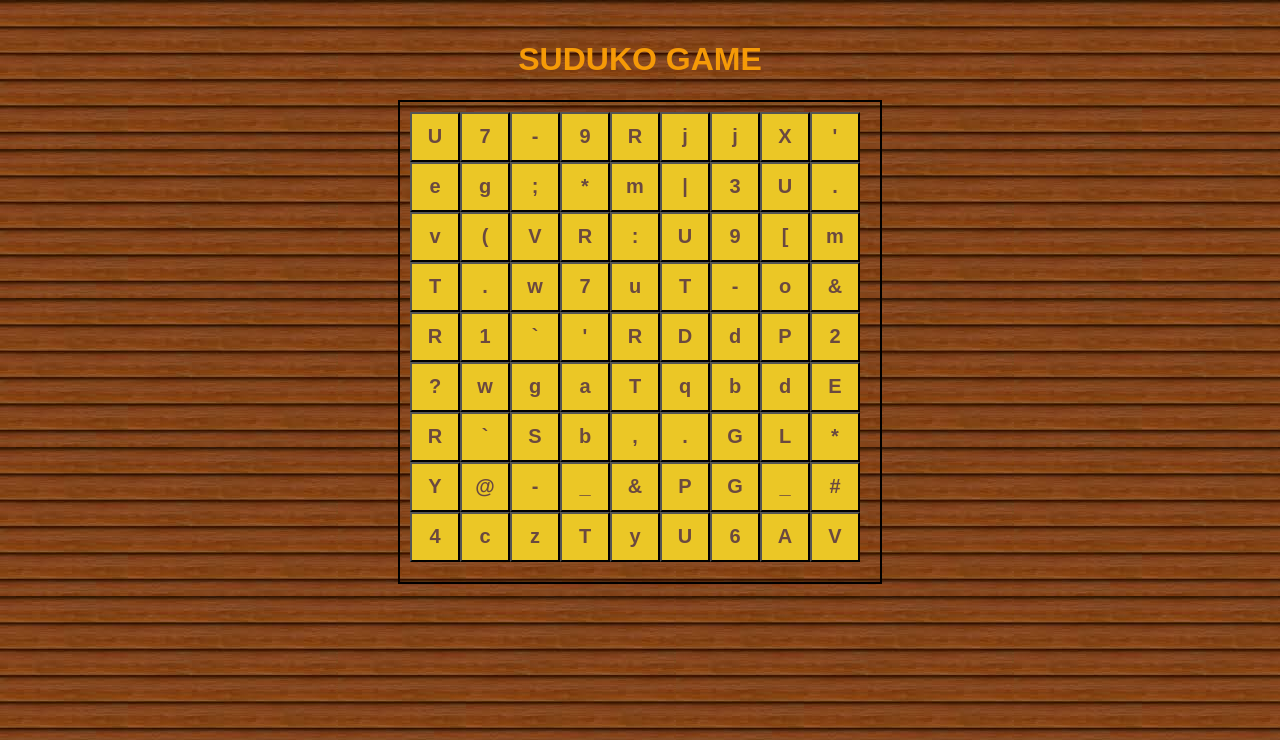
Repository: ahmad8969/Suduko-Game-React-App
Page: /
The author's editor kept a copy of each file at every save. The page is drawn from the files as they stood at one save, then again after the next save.
The browser window is 1280 px wide. The pictures show the whole page.
Some web fonts or font styles are not loaded; a fallback is used. The project was rebuilt for these pictures with package versions that can differ from the ones it lists, and the page was loaded fresh each time.

Above is the page before, as saved 2021-03-11 15:19:57.

### src/index.js
import React from 'react';
import ReactDOM from 'react-dom';
import './index.css';
import Board from './board';
import reportWebVitals from './reportWebVitals';

ReactDOM.render(
  <React.StrictMode>
    <Board />
  </React.StrictMode>,
  document.getElementById('root')
);



// If you want to start measuring performance in your app, pass a function
// to log results (for example: reportWebVitals(console.log))
// or send to an analytics endpoint. Learn more: https://bit.ly/CRA-vitals
reportWebVitals();

### src/board.js
import React, { useState}  from 'react';   //{useState}
import './App.css';
import Block from './components/block'
import NineBlock from './components/nineBlockComponent';

// function useForceUpdate(){
//   const [counter,setCounter]= useState(0);
//   return setCounter(counter+1);


// }
function Board () {
  const xAxis_Selection_Array=   [];
  const yAxis_Selection_Array=   [];
  const DiagonalSelectionUpward_Selection_Array= [];
  const DiagonalSelectionUpwardLeftUp_selection_Array= [];
  const DiagonalSelectionDownward_selection_Array= [];
  const DiagonalSelectionDownwardLeftDown_selection_Array= [];
  const complete_blocks_Array = [];

  const nine_block_Element_into_Nine = [0,1,2,3,4,5,6,7,8];
  const single_block_Into_Nine = [0,1,2,3,4,5,6,7,8];
  const [getting_current_id, setGetting_current_id]=useState();
  const [Iid, setIid]=useState();
  const [Jid, setJid]=useState();
  const [isClicked,  setIsClicked]= useState(false);
  const [count,setCount]= useState(0);




  const Click = (idOfSpecificButton,i,j,click) =>{

    setGetting_current_id(idOfSpecificButton);
    setIid(i);
    setJid(j);
    setIsClicked(!click);
    setCount(count+1);
    console.log(Iid,Jid,getting_current_id);
  }

  const XaxisSelection = (i)=>{
    for(let xAxis= 0; xAxis<=8; xAxis++){
      let creatId= `${i}${xAxis}`;
      document.getElementById(creatId).style.backgroundColor="indigo";
      xAxis_Selection_Array.push(creatId);
    }
  }

  const YaxisSelection = (i)=> {
    for(let xAxis1= 0; xAxis1<=8; xAxis1++){
      let creatId=  `${xAxis1}${i}`;
      document.getElementById(creatId).style.backgroundColor="indigo";

      yAxis_Selection_Array.push(creatId);
    }
  }

  const DiagonalSelectionUpward = (selectedId)=>{
  let array_of_length= nine_block_Element_into_Nine.length;
  console.log(array_of_length);
  console.log(typeof(array_of_length));
  let get_the_id_of_current_box= parseInt(selectedId);
  console.log(get_the_id_of_current_box);
    for(let hello=get_the_id_of_current_box; hello>=0; hello-=array_of_length){
      if(hello<=9){
        if(hello===9){
          return;
        }else{
        var concatination = 0+`${hello}`;
        document.getElementById(concatination).style.backgroundColor="indigo";
        DiagonalSelectionUpward_Selection_Array.push(concatination);

      }
      } else if(hello===19 || hello===29 || hello===39 || hello===49 || hello===59 || hello===69 || hello===79){
        return;
      }
      else{
        document.getElementById(`${hello}`).style.backgroundColor="indigo";
        DiagonalSelectionUpward_Selection_Array.push(`${hello}`);

      }

    }
  }
        const DiagonalSelectionUpwardLeftUp = (selectedId)=>{
          let array_of_length= 2 + nine_block_Element_into_Nine.length;
          console.log(array_of_length);
          console.log(typeof(array_of_length));
          let get_the_id_of_current_box= parseInt(selectedId);
          console.log(get_the_id_of_current_box);
            for(let hello=get_the_id_of_current_box; hello>=0; hello-=array_of_length){
              if(hello<=9){
                var concatination = 0+`${hello}`;
                document.getElementById(concatination).style.backgroundColor="indigo";
                DiagonalSelectionUpwardLeftUp_selection_Array.push(concatination);
                return;

              } else if( hello===9 || hello===19 || hello===29 || hello===39 || hello===49 || hello===59 || hello===69 || hello===79){
                return;
              }
              else{
                document.getElementById(`${hello}`).style.backgroundColor="indigo";
                DiagonalSelectionUpwardLeftUp_selection_Array.push(`${hello}`);
              }
              console.log(DiagonalSelectionUpwardLeftUp_selection_Array);
            }

          }


        const DiagonalSelectionDownward= (selectedId)=>{
          let array_of_length= nine_block_Element_into_Nine.length;
          console.log(array_of_length);
          console.log(typeof(array_of_length));
          let get_the_id_of_current_box= parseInt(selectedId);
          console.log(get_the_id_of_current_box);
    for(let hello=get_the_id_of_current_box; hello<=88; hello+=array_of_length){
      if(hello===0){
        return;
      }
      else if(hello<=9){
        var concatination = 0+`${hello}`;
        document.getElementById(concatination).style.backgroundColor="indigo";
        DiagonalSelectionDownward_selection_Array.push(concatination);
      } else if(hello===19 || hello===29 || hello===39 || hello===49 || hello===59 || hello===69 || hello===79){
        return;
      }
      else{
        document.getElementById(`${hello}`).style.backgroundColor="indigo";
        DiagonalSelectionDownward_selection_Array.push(`${hello}`);
      }


    }console.log(DiagonalSelectionDownward_selection_Array)
        }
        const DiagonalSelectionDownwardLeftDown= (selectedId)=>{
          let array_of_length= 2 +  nine_block_Element_into_Nine.length;
  console.log(array_of_length);
  console.log(typeof(array_of_length));
  let get_the_id_of_current_box= parseInt(selectedId);
  console.log(get_the_id_of_current_box);
    for(let hello=get_the_id_of_current_box; hello<=88; hello+=array_of_length){
      if(hello === 0){
        return;
      }
      else if(hello<=9){
        var concatination = 0+`${hello}`;
        document.getElementById(concatination).style.backgroundColor="indigo";
        DiagonalSelectionDownwardLeftDown_selection_Array.push(concatination);
      } else if( hello===19 || hello===29 || hello===39 || hello===49 || hello===59 || hello===69 || hello===79){
        return;
      }
      else{
        document.getElementById(`${hello}`).style.backgroundColor="indigo";
        DiagonalSelectionDownwardLeftDown_selection_Array.push(`${hello}`);
      }

    }console.log(DiagonalSelectionDownwardLeftDown_selection_Array);
        }
        // const gettingRandomNumber = () => {
        //   let random = Math.floor(Math.random() * (65 - 90)) + 90;
        //   let character = String.fromCharCode(random);
        //   return character;
        // }

        const creatingReadOnlyBlock = () => {
          nine_block_Element_into_Nine.map((val)=>{
          return  single_block_Into_Nine.map((valu)=>{
              let valueOfId= `${val}${valu}`;
              return complete_blocks_Array.push(valueOfId);
            });
          })
        }
        const filter_two_arrays= ()=> {
          const complete_selection_array = [...xAxis_Selection_Array,
            ...yAxis_Selection_Array,
            ...DiagonalSelectionUpward_Selection_Array,
            ...DiagonalSelectionUpwardLeftUp_selection_Array,
            ...DiagonalSelectionDownward_selection_Array,
            ...DiagonalSelectionDownwardLeftDown_selection_Array
          ];
            let filteredId = complete_blocks_Array.filter((id) => !complete_selection_array.includes(id));
            filteredId.map((id) => {
              return (document.getElementById(id).disabled = true);
            });
        }

        const changeStateHandler = (getting_current_id,Iid,Jid) => {
          document.getElementById(getting_current_id).style.color="green";
          XaxisSelection(Iid);
          YaxisSelection(Jid);
          DiagonalSelectionUpward(getting_current_id);
          DiagonalSelectionDownward(getting_current_id);
          DiagonalSelectionDownwardLeftDown(getting_current_id);
          DiagonalSelectionUpwardLeftUp(getting_current_id);

        }
         if(Iid && Jid && getting_current_id !=null){
          if(count>1){
             return (

    <div className="App">
    <h1>SUDUKO GAME </h1>
    <div className="board_nine_block_Style">
    {nine_block_Element_into_Nine.map((s,i)=>{
      return(
      <div>

      <NineBlock id={i}>
        {single_block_Into_Nine.map((s,j)=>


          <Block  rowId={i}  click={Click} colId={j} keys={`${i}${j}`} isclick={isClicked}></Block>

        )}

      </NineBlock>
      </div>
      )
    })
    }
    </div>
    </div>
  );
          }
          changeStateHandler(getting_current_id,Iid,Jid);
          creatingReadOnlyBlock();
          filter_two_arrays();


        }


        // console.log(complete_selection_array);



        // console.log(complete_blocks_Array);




  return (

    <div className="App">
    <h1>SUDUKO GAME </h1>
    <div className="board_nine_block_Style">
    {nine_block_Element_into_Nine.map((s,i)=>{
      return(
      <div>

      <NineBlock id={i}>
        {single_block_Into_Nine.map((s,j)=>


          <Block  rowId={i}  click={Click} colId={j} keys={`${i}${j}`} isclick={isClicked}></Block>

        )}

      </NineBlock>
      </div>
      )
    })
    }
    </div>
    </div>
  );
}

export default Board;

### src/App.css
@import url('http://fonts.cdnfonts.com/css/game');
.App {
  text-align: center;
  background-image: url('images/download.jpg');
  color:rgb(245, 154, 7);
  padding-top:20px;
  font-family: 'GAME', sans-serif;
  /* display: flex; */
   height: 100vh !important;
  /* width: 490px !important; */
  margin: 0 auto;

}

.board_nine_block_Style{
  height: 460px !important;
  width: 460px !important;
  border:2px solid black !important;
  padding: 10px;
  margin:  auto !important;
  /* display: flex; */
  /* grid-column-gap: 0px !important;
  grid-row-gap: 0px !important;
  grid-template-columns:repeat(3,1fr)!important; */
}
.heading{
  color: white;
  text-align:center;
  padding-top:50px!important;
  /* margin-top: 10px!important; */
  font-size: 30px;

}


/* @keyframes App-logo-spin {
  from {
    transform: rotate(0deg);
  }
  to {
    transform: rotate(360deg);
  }
} */

### src/components/block.js
import React, {useState, useEffect} from 'react';

import './block.css';


const Block = ({rowId,colId,keys,click,isclick})=>{
    // var uniqueId = `${rowId}`+ `${colId}`;

    const[value, setValue]= useState()
    const[isClicked, setIsClicked]= useState(false);

    useEffect(() => {
    randomCharacters();
      }, []);
    const randomCharacters = () => {
    let random_ascii = Math.floor(Math.random() * (126 - 33 + 1)) + 33;
    let charVal = String.fromCharCode(random_ascii);
    setValue(charVal);
  };





    // const changeState = (e) => {
    //     setCounter(counter+1);

    //     if(counter == 0){
    //         props.click();
    //     setIsClicked(!isClicked);
    //     console.log(counter)
    //     }
    //     else if(counter > 0){
    //         console.log(counter)
    //         alert("jfksjfkjsalj")
    //         return;
    //     }

    // }
    const onChangeHandler = (e) =>{
        let getting_Current_Value = e.target.value;
        console.log(getting_Current_Value);
        setValue(getting_Current_Value)
    }
    const onKeyUpHandler = (e) =>{


        if(e.keyCode ===13){
            if(e.target.value ===''){
                alert("fill this");
            }else{
            setIsClicked(!isClicked);
        }
        }
    }
    const onFocusOuts = (e) =>{
        let previousValue = e.target.value;
        console.log(previousValue);
            if(previousValue === ''){
                setValue(value);
            }else{
                setValue(previousValue);
            }

    }

    if(isClicked){
        return <input className="inputStyle" value={value}
         onKeyUp={(e)=>{onKeyUpHandler(e)}}
         onChange={(e) => {onChangeHandler(e)}}
         onBlur={(e) => {onFocusOuts(e)}}
          type="text"/>;
    }

return(
    <div className="button_block">
    <button id={keys} onClick={(e)=>{setIsClicked(isclick);click(keys, rowId, colId,isClicked)}} value={value}> {value}</button>
    </div>

)
}

export default Block;

### src/components/nineBlockComponent.js
import React from 'react';
// import Block from './block'
import './block.css'

const NineBlockBox = (props) =>{

    return (
        <div className="nine_block_Style">
            {props.children}
        </div>
    )
}
export default NineBlockBox;




// {single_block_Into_Nine.map((s,i)=>{
//     let random = Math.floor(Math.random() * (49 - 57)) + 57;
//     const character = String.fromCharCode(random);

//   return(
//     <div>
//       {/* <Block keyId={i} boardId={props.id}  number={character}/> */}
//       {props.children}
//       </div>
//   )
//   })}

### src/components/block.css
.button_block button {
  height: 50px !important;
  width: 50px !important;
  /* background-image: url('../images/wood.jpg'); */
  /* background-color: aquamarine !important; */
  margin: 0 !important;
  font-size: 20px !important;
  font-weight: 600;
  /* color:rgb(109,84,62); */
  color: #6a4940;
  background-color: rgb(235, 199, 38);
}
.nine_block_Style {
  /* height: 150px !important;
    width: 150px !important; */
  /* border:2px solid rgb(245, 154, 7) !important; */
  display: flex;
  /* margin: auto!important; */

  /* grid-template-columns:repeat(3,1fr)!important;
    grid-column-gap: 0px !important;
    grid-row-gap: 0px !important; */
}
.button_block1 {
  height: 40px !important;
  width: 40px !important;
  /* background-image: url('../images/wood.jpg'); */
  /* background-color: aquamarine !important; */
  margin: 0 !important;
  font-size: 20px !important;
  font-weight: 600;
  /* border:2px solid black; */
  /* color:rgb(109,84,62); */
  color: #6a4940;
}
.inputStyle {
  width: 42.7px !important;
  height: 44px !important;
  font-size: 20px !important;
  font-weight: 600;
  color: white;
  /* padding: auto!important; */
  text-align: center !important;
  background-color: green !important;
}

Loaded but not shown: public/index.html (common file); src/index.css (common file); src/reportWebVitals.js (common file)

After the next save:
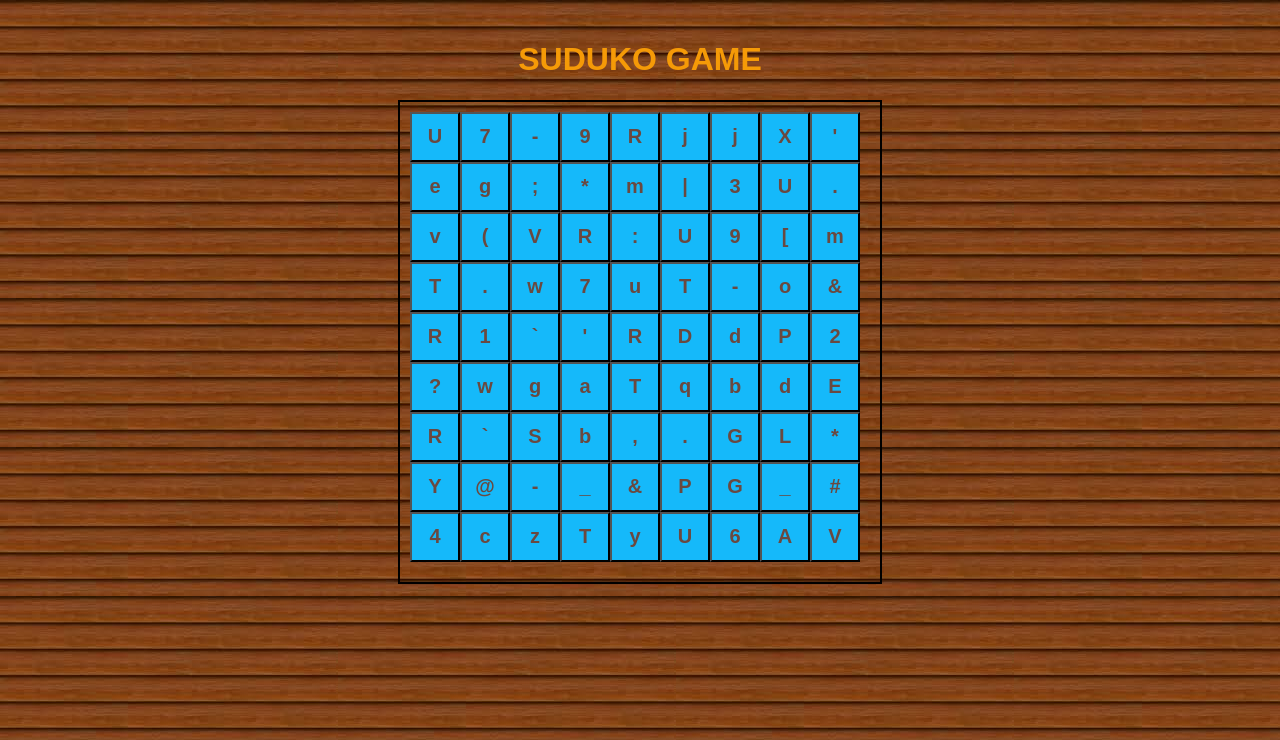
Saved 18 s later.
--- a/src/components/block.css
+++ b/src/components/block.css
@@ -8,7 +8,7 @@
   font-weight: 600;
   /* color:rgb(109,84,62); */
   color: #6a4940;
-  background-color: rgb(235, 199, 38);
+  background-color: rgb(21, 185, 250);
 }
 .nine_block_Style {
   /* height: 150px !important;
